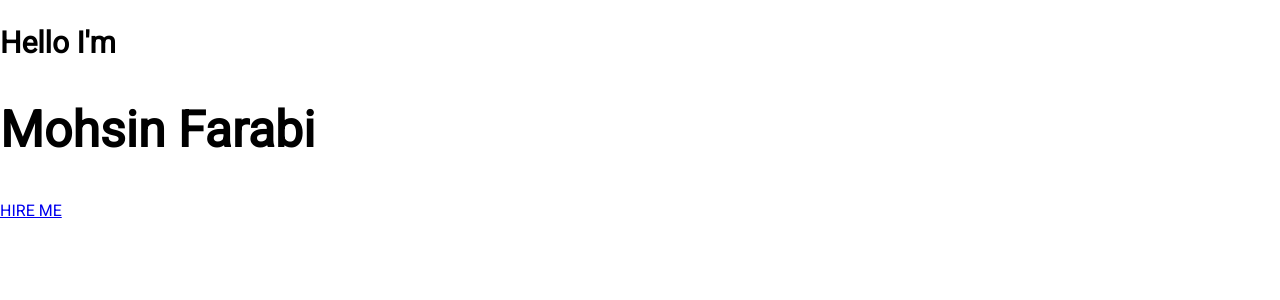
Repository: mohsinfarabi/personal-website
Page: index.html
An editor plug-in stored every save of this project. The page is shown before and after the next save, followed by the edit.
The browser window is 1280 px wide. The pictures show the whole page.

Above is the page before, as saved 2020-07-01 03:05:48.

After the next save:
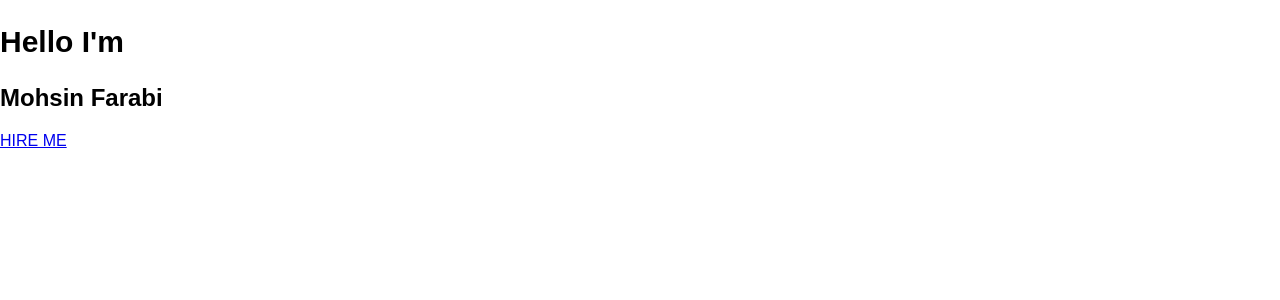
Saved 31 s later.
--- a/style.css
+++ b/style.css
@@ -1,16 +1,14 @@
-    body {
+body {
         margin: 0;
-        font-family: 'Roboto', sans-serif;
+        font-family: 'Poppins', sans-serif;
     }
-
-    h1 {
-        font-size: 50px;
-    }
-
-    h2 {
-        font-size: 30px;
-    }
-
-    p {
-        color: dimgray;
-    }
+}
+h1 {
+    font-size: 50px;
+}
+h2 {
+    font-size: 30px;
+}
+p {
+    color: dimgray;
+}
